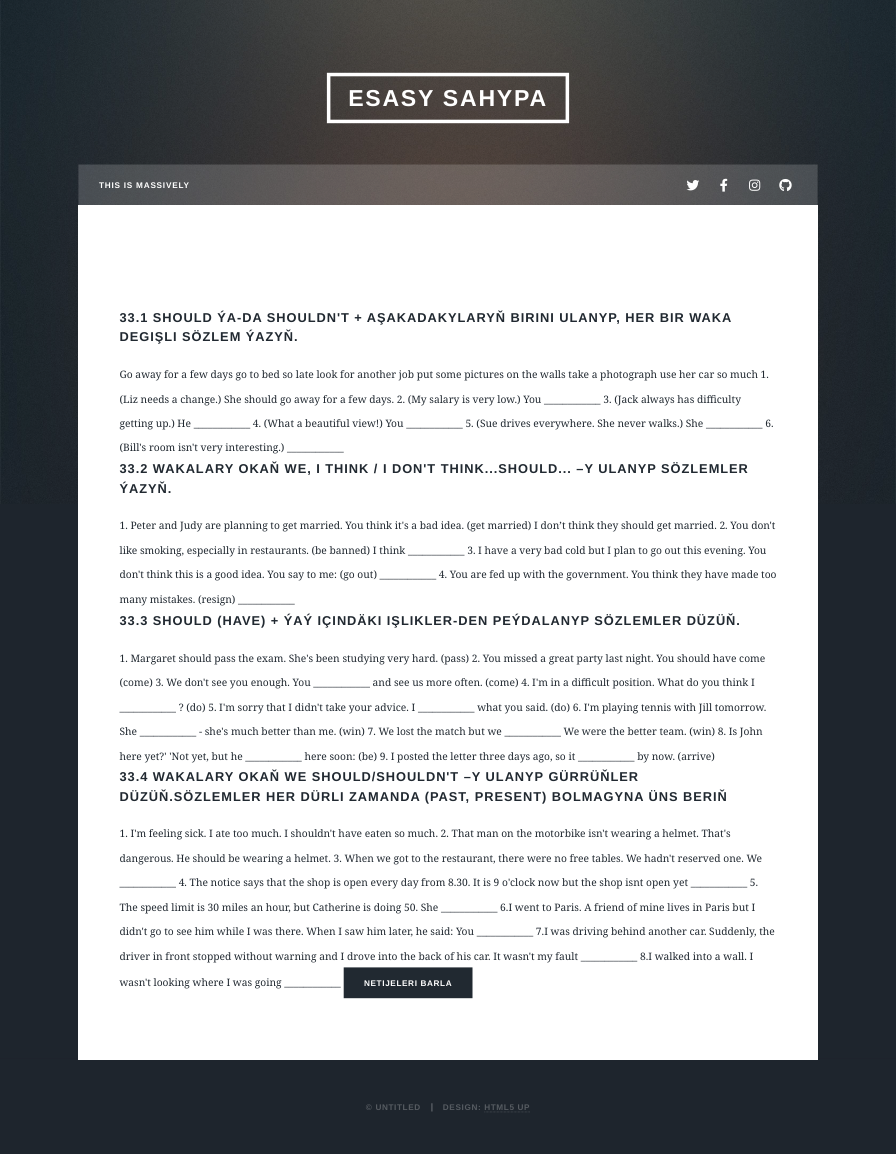
Repository: Sahet-dev/English-grammar-app
Page: test/test_unit _33.html
These files come from the project's save history. The page is drawn as it stood at one moment and after the next save; the edit follows.
The browser window is 1280 px wide. The pictures show the part of the page from y = 0 to 1920 px (the page is 1649 px tall before and 3008 px after), at 70% of full size.
Some web fonts or font styles are not loaded; a fallback is used.

Above is the page before, as saved 2022-06-24 17:08:41.

### test/test_unit _33.html
<!DOCTYPE HTML>
<!--
	Massively by HTML5 UP
	html5up.net | @ajlkn
	Free for personal and commercial use under the CCA 3.0 license (html5up.net/license)
-->
<html>
	<head>
		<title>Test </title>
		<meta charset="utf-8" />
		<meta name="viewport" content="width=device-width, initial-scale=1, user-scalable=no" />
		<link rel="stylesheet" href="../assets/css/test.css" />
		<noscript><link rel="stylesheet" href="../assets/css/noscript.css" /></noscript>
	</head>
	<body class="is-preload">

		<!-- Wrapper -->
			<div id="wrapper">

				<!-- Header -->
					<header id="header">
						<a href="index.html" class="logo">Esasy Sahypa</a>
					</header>

				<!-- Nav -->
					<nav id="nav">
						<ul class="links">
							<li><a href="units/.html">This is Massively</a></li>

						</ul>
						<ul class="icons">
							<li><a href="#" class="icon brands fa-twitter"><span class="label">Twitter</span></a></li>
							<li><a href="#" class="icon brands fa-facebook-f"><span class="label">Facebook</span></a></li>
							<li><a href="#" class="icon brands fa-instagram"><span class="label">Instagram</span></a></li>
							<li><a href="#" class="icon brands fa-github"><span class="label">GitHub</span></a></li>
						</ul>
					</nav>

				<!-- Main -->
					<div id="main">

						<!-- Post -->
							<section class="post">
								<header class="major">
									<h2>


									</h2>
								</header>

								<!-- Text stuff -->

									<p>
										<form action="results-unit-1.php" method="post">

										<h3>33.1

														Should ýa-da shouldn't + aşakadakylaryň birini ulanyp, her bir waka degişli sözlem ýazyň.
													</h3>
														Go away for a few days
														go to bed so late
														look for another job
														put some pictures on the walls
														take a photograph

														use her car so much

														1. (Liz needs a change.) She should go away for
														a few days.

														2. (My salary is very low.) You   ____________

														3. (Jack always has difficulty getting up.)

														He   ____________

														4. (What a beautiful view!) You   ____________

														5. (Sue drives everywhere. She never walks.)
														She   ____________

														6. (Bill's room isn't very interesting.)   ____________

													<h3>33.2

														Wakalary okaň we, I think / I don't
														think...should... –y ulanyp sözlemler ýazyň.</h3>

														1. Peter and Judy are planning to get married.
														You think it's a bad idea. (get married) I don’t
														think they should get married.

														2. You don't like smoking, especially in
														restaurants. (be banned) I think   ____________

														3. I have a very bad cold but I plan to go out
														this evening. You don't think this is a good idea.
														You say to me: (go out)   ____________

														4. You are fed up with the government. You
														think they have made too many mistakes.
														(resign)   ____________

													<h3>33.3

														Should (have) + ýaý içindäki işlikler-den peýdalanyp sözlemler düzüň.</h3>

														1. Margaret should pass the exam. She's been
														studying very hard. (pass)

														2. You missed a great party last night. You
														should have come (come)

														3. We don't see you enough. You   ____________    and see
														us more often. (come)

														4. I'm in a difficult position. What do you think
														I   ____________   ? (do)


														5. I'm sorry that I didn't take your advice.
														I   ____________    what you said. (do)

														6. I'm playing tennis with Jill tomorrow.
														She   ____________

														- she's much better than me. (win)

														7. We lost the match but we   ____________

														We were the better team. (win)

														8. Is John here yet?' 'Not yet, but he   ____________
														here soon: (be)

														9. I posted the letter three days ago, so it   ____________
														by now. (arrive)

													<h3>33.4

														Wakalary okaň we should/shouldn't –y ulanyp gürrüňler düzüň.Sözlemler her dürli zamanda (past, present) bolmagyna üns beriň
													</h3>
														1. I'm feeling sick. I ate too much. I shouldn't

														have eaten so much.

														2. That man on the motorbike isn't wearing
														a helmet. That's dangerous. He should be
														wearing a helmet.

														3. When we got to the restaurant, there were no
														free tables. We hadn't reserved one. We   ____________

														4. The notice says that the shop is open every


														day from 8.30. It is 9 o'clock now but the shop
														isnt open yet   ____________

														5. The speed limit is 30 miles an hour, but
														Catherine is doing 50. She    ____________

														6.I went to Paris. A friend of mine lives in Paris
														but I didn't go to see him while I was there.
														When I saw him later, he said: You   ____________

														7.I was driving behind another car. Suddenly,
														the driver in front stopped without warning and
														I drove into the back of his car. It wasn't my
														fault   ____________


														8.I walked into a wall. I wasn't looking where I
														was going   ____________


											        <button class="button primary" type="submit">Netijeleri barla</button>
										</form>



									</p>


							</section>

					</div>


				<!-- Copyright -->
					<div id="copyright">
						<ul><li>&copy; Untitled</li><li>Design: <a href="https://html5up.net">HTML5 UP</a></li></ul>
					</div>

			</div>

		<!-- Scripts -->
			<script src="assets/js/jquery.min.js"></script>
			<script src="assets/js/jquery.scrollex.min.js"></script>
			<script src="assets/js/jquery.scrolly.min.js"></script>
			<script src="assets/js/browser.min.js"></script>
			<script src="assets/js/breakpoints.min.js"></script>
			<script src="assets/js/util.js"></script>
			<script src="assets/js/main.js"></script>

	</body>
</html>

Loaded but not shown: assets/js/jquery.min.js (library); assets/js/jquery.scrollex.min.js (common file); assets/js/jquery.scrolly.min.js (common file); assets/js/browser.min.js (common file); assets/js/breakpoints.min.js (common file); assets/css/fontawesome-all.min.css (library); assets/js/util.js (587 lines, source omitted); assets/js/main.js (258 lines, source omitted); assets/css/test.css (4689 lines, source omitted)

After the next save:
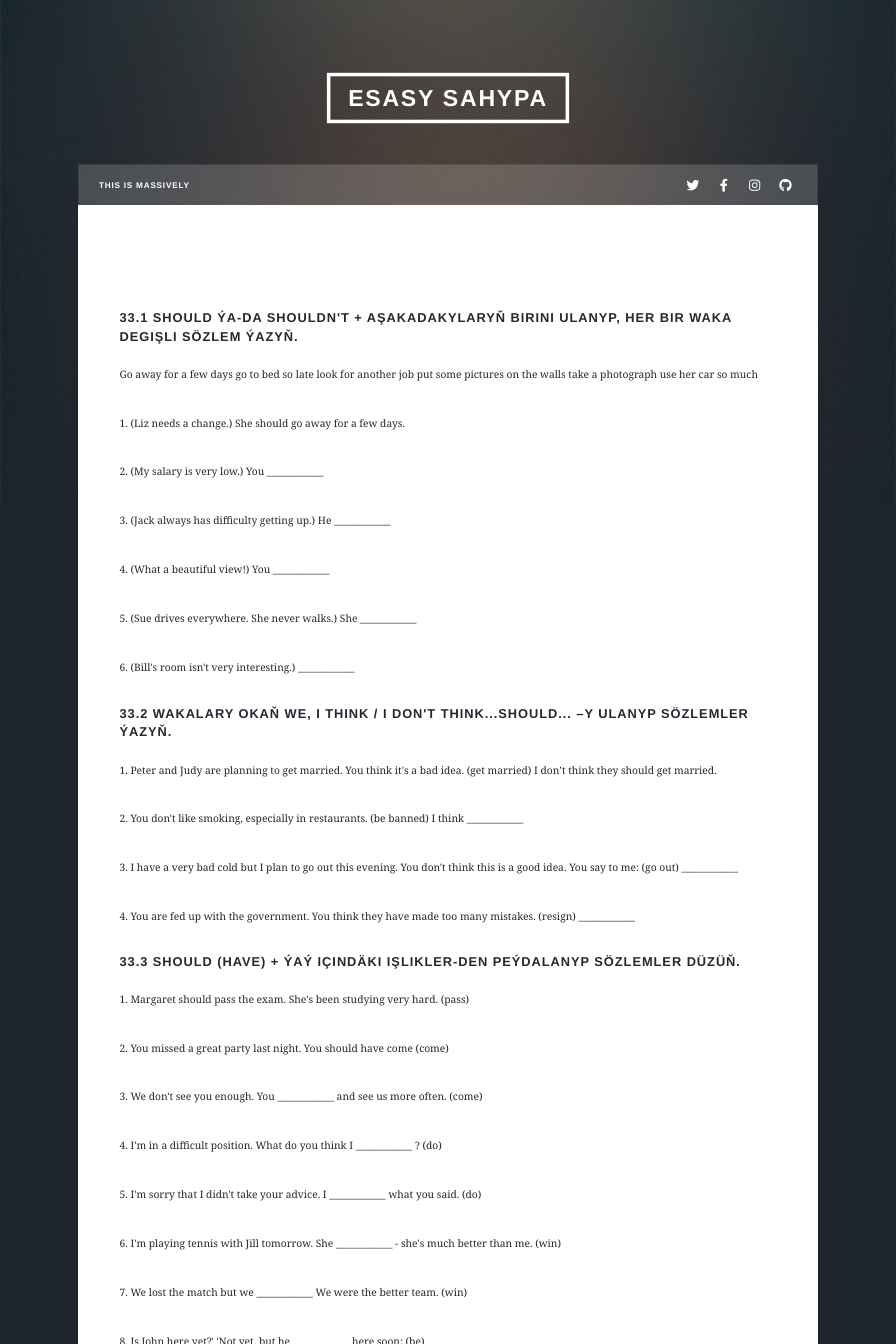
Saved 109 s later.
--- a/test/test_unit _33.html
+++ b/test/test_unit _33.html
@@ -64,23 +64,23 @@
 														take a photograph
 
 														use her car so much
-
+														<br><br>
 														1. (Liz needs a change.) She should go away for
 														a few days.
-
+														<br><br>
 														2. (My salary is very low.) You   ____________
-
+														<br><br>
 														3. (Jack always has difficulty getting up.)
 
 														He   ____________
-
+														<br><br>
 														4. (What a beautiful view!) You   ____________
-
+														<br><br>
 														5. (Sue drives everywhere. She never walks.)
 														She   ____________
-
+														<br><br>
 														6. (Bill's room isn't very interesting.)   ____________
-
+														<br><br>
 													<h3>33.2
 
 														Wakalary okaň we, I think / I don't
@@ -89,90 +89,90 @@
 														1. Peter and Judy are planning to get married.
 														You think it's a bad idea. (get married) I don’t
 														think they should get married.
-
+														<br><br>
 														2. You don't like smoking, especially in
 														restaurants. (be banned) I think   ____________
-
+														<br><br>
 														3. I have a very bad cold but I plan to go out
 														this evening. You don't think this is a good idea.
 														You say to me: (go out)   ____________
-
+														<br><br>
 														4. You are fed up with the government. You
 														think they have made too many mistakes.
 														(resign)   ____________
-
+														<br><br>
 													<h3>33.3
 
 														Should (have) + ýaý içindäki işlikler-den peýdalanyp sözlemler düzüň.</h3>
 
 														1. Margaret should pass the exam. She's been
 														studying very hard. (pass)
-
+														<br><br>
 														2. You missed a great party last night. You
 														should have come (come)
-
+														<br><br>
 														3. We don't see you enough. You   ____________    and see
 														us more often. (come)
-
+														<br><br>
 														4. I'm in a difficult position. What do you think
 														I   ____________   ? (do)
-
+														<br><br>
 
 														5. I'm sorry that I didn't take your advice.
 														I   ____________    what you said. (do)
-
+														<br><br>
 														6. I'm playing tennis with Jill tomorrow.
 														She   ____________
 
 														- she's much better than me. (win)
-
+														<br><br>
 														7. We lost the match but we   ____________
 
 														We were the better team. (win)
-
+														<br><br>
 														8. Is John here yet?' 'Not yet, but he   ____________
 														here soon: (be)
-
+														<br><br>
 														9. I posted the letter three days ago, so it   ____________
 														by now. (arrive)
-
+														<br><br>
 													<h3>33.4
 
 														Wakalary okaň we should/shouldn't –y ulanyp gürrüňler düzüň.Sözlemler her dürli zamanda (past, present) bolmagyna üns beriň
 													</h3>
 														1. I'm feeling sick. I ate too much. I shouldn't
 
-														have eaten so much.
+														have eaten so much.<br><br>
 
 														2. That man on the motorbike isn't wearing
 														a helmet. That's dangerous. He should be
 														wearing a helmet.
-
+														<br><br>
 														3. When we got to the restaurant, there were no
 														free tables. We hadn't reserved one. We   ____________
-
+														<br><br>
 														4. The notice says that the shop is open every
 
 
 														day from 8.30. It is 9 o'clock now but the shop
 														isnt open yet   ____________
-
+														<br><br>
 														5. The speed limit is 30 miles an hour, but
 														Catherine is doing 50. She    ____________
-
+														<br><br>
 														6.I went to Paris. A friend of mine lives in Paris
 														but I didn't go to see him while I was there.
 														When I saw him later, he said: You   ____________
-
+														<br><br>
 														7.I was driving behind another car. Suddenly,
 														the driver in front stopped without warning and
 														I drove into the back of his car. It wasn't my
 														fault   ____________
-
+														<br><br>
 
 														8.I walked into a wall. I wasn't looking where I
 														was going   ____________
-
+														<br><br>
 
 											        <button class="button primary" type="submit">Netijeleri barla</button>
 										</form>
